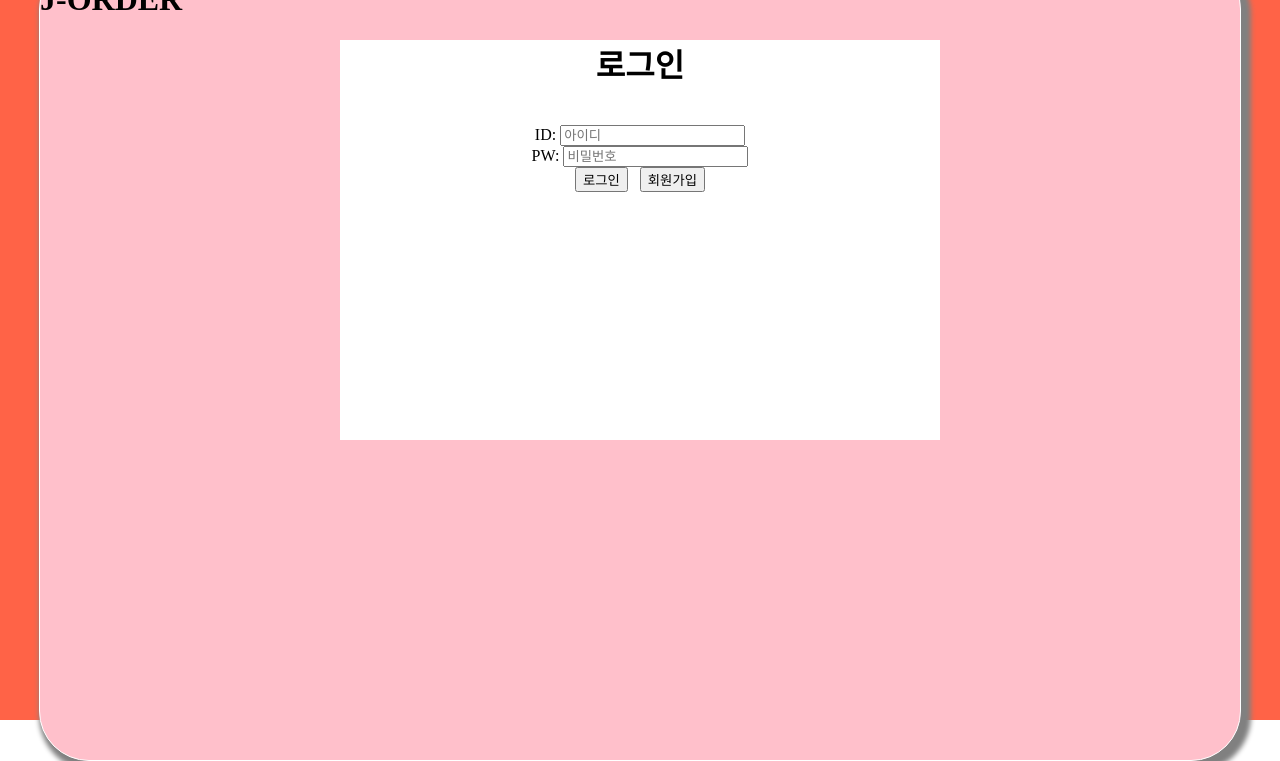
Repository: Devhyeongseon/Academy_Jsp
Page: http://localhost/MyBasic/
The author's editor kept a copy of each file at every save. The page is drawn from the files as they stood at one save, then again after the next save.
The browser window is 1280 px wide. The pictures show the whole page.
The page is served by Tomcat 9.

Above is the page before, as saved 2024-01-10 08:40:46.

After the next save:
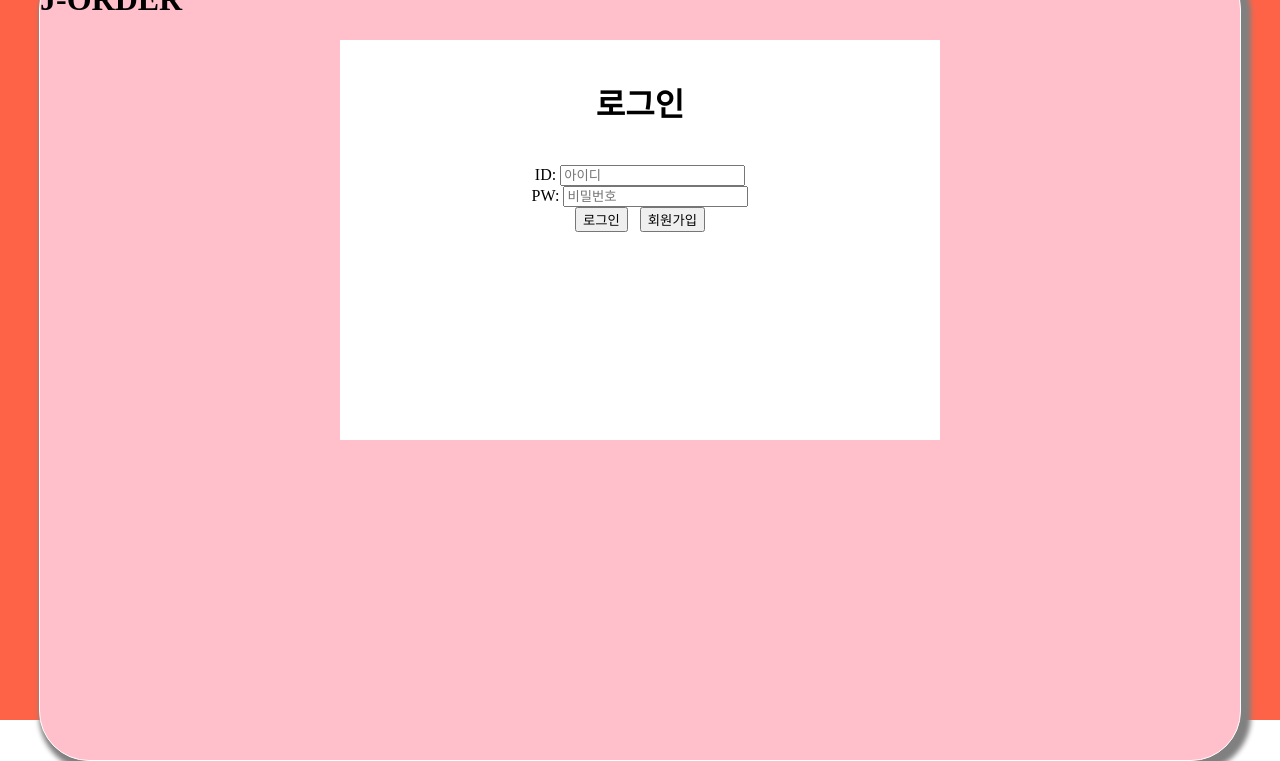
Saved 4 min 2 s later.
--- a/MyBasic/src/main/webapp/index.jsp
+++ b/MyBasic/src/main/webapp/index.jsp
@@ -53,7 +53,7 @@ html, body {
 		<div class="container">
 			<h1>J-ORDER</h1>
 			<div class="loginbox">
-				<h1>로그인</h1><br>
+				<br><h1>로그인</h1><br>
 				<form action="" method="post">
 					 ID: <input type="text" name="id" placeholder="아이디"><br>
 					 PW: <input type="password" name="pw" placeholder="비밀번호"><br>
